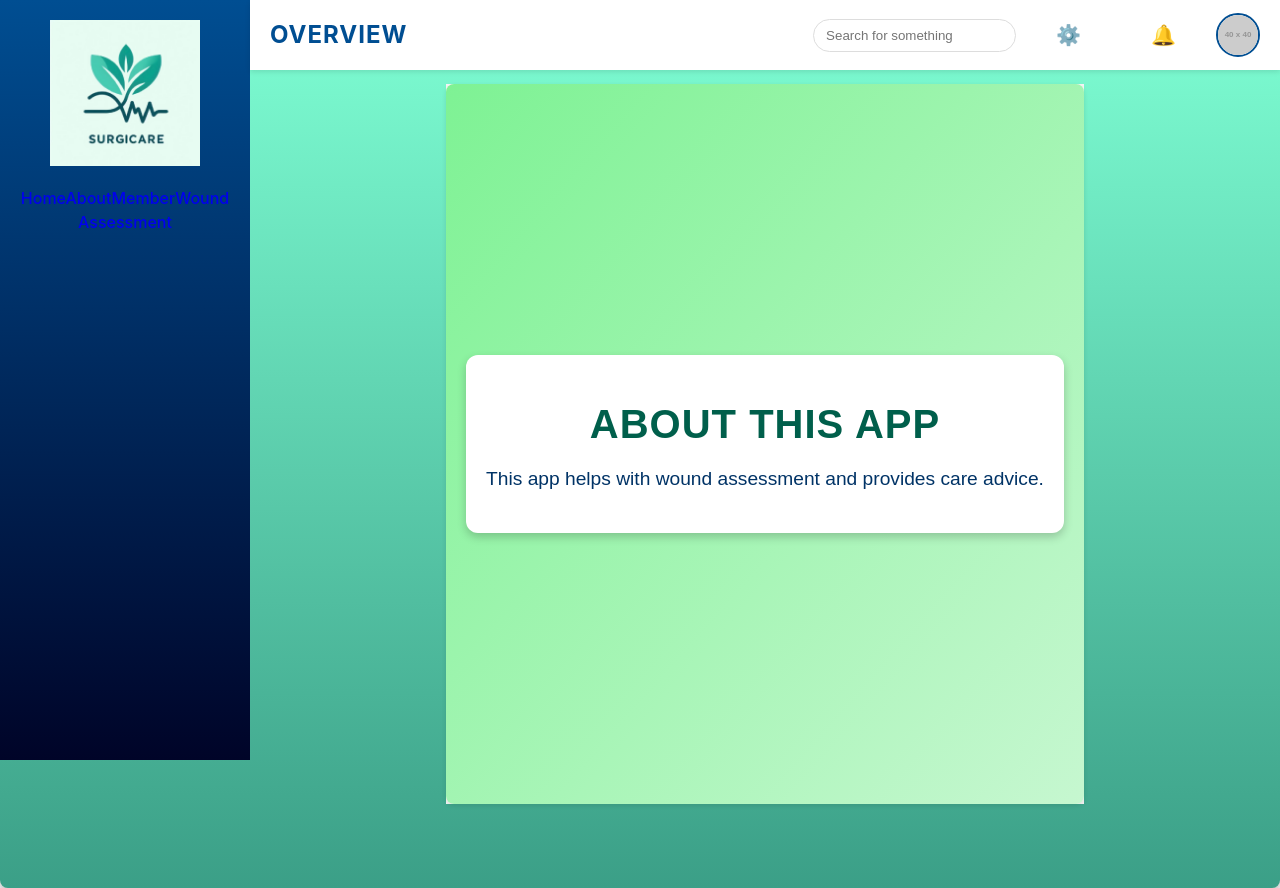
Repository: Jinwoo290350/Surgicare-Vue
Page: /about (app in surgicare/)
An editor plug-in stored every save of this project. The page is shown before and after the next save, followed by the edit.
The browser window is 1280 px wide. The pictures show the whole page.
The project was rebuilt for these pictures with package versions that can differ from the ones it lists, and the page was loaded fresh each time. Also part of the build but not shown: surgicare/vite.config.js, surgicare/src/views/Home.vue, surgicare/src/views/Member.vue, surgicare/src/components/WoundAssessment.vue.

Above is the page before, as saved 2024-12-30 15:22:56.
Console error: TypeError: Cannot read properties of null (reading 'getContext')

### surgicare/index.html
<!doctype html>
<html lang="en">
  <head>
    <meta charset="UTF-8" />
    <link rel="icon" type="image/svg+xml" href="/vite.svg" />
    <meta name="viewport" content="width=device-width, initial-scale=1.0" />
    <title>Vite + Vue</title>
  </head>
  <body>
    <div id="app"></div>
    <script type="module" src="/src/main.js"></script>
  </script>
  <link href="https://fonts.googleapis.com/css2?family=Roboto:wght@400;500;700&display=swap" rel="stylesheet">

  <script type="text/javascript" src="./src/star.js"></script>
  </body>
</html>

### surgicare/src/main.js
import { createApp } from 'vue'
import './style.css'
import App from './App.vue'
import router from "./router";

createApp(App).use(router).mount("#app");

### surgicare/src/style.css
:root {
  font-family: Inter, system-ui, Avenir, Helvetica, Arial, sans-serif;
  line-height: 1.5;
  font-weight: 400;
  color-scheme: light dark;
  color: rgba(255, 255, 255, 0.87);
  background-color: #242424;
  font-synthesis: none;
  text-rendering: optimizeLegibility;
  -webkit-font-smoothing: antialiased;
  -moz-osx-font-smoothing: grayscale;
}

a {
  font-weight: 500;
  text-decoration: none;
  transition: color 0.3s ease-in-out;
}
a:hover {
  color: #535bf2; /* Blue hover effect */
}

body {
  margin: 0;
  display: flex;
  flex-direction: column;
  align-items: center;
  justify-content: center;
  min-width: 320px;
  min-height: 100vh;
  padding: 20px;
  background-color: #1f2d29;
  background-image: linear-gradient(to top, #3b9f87, #7fffd4);
  background-repeat: no-repeat;
  border-radius: 8px;
  box-shadow: 0 6px 12px rgba(0, 0, 0, 0.3);
}

h1 {
  font-size: 3em;
  line-height: 1.1;
  color: #fff;
  text-transform: uppercase;
  letter-spacing: 1px;
  margin-bottom: 0.5em;
  transition: transform 0.3s ease-in-out;
}
h1:hover {
  transform: scale(1.05); /* Slight hover effect */
}

button {
  border-radius: 8px;
  border: 1px solid transparent;
  padding: 0.8em 1.5em;
  font-size: 1em;
  font-weight: 500;
  background-color: #333;
  color: #fff;
  cursor: pointer;
  transition: all 0.3s ease;
}
button:hover {
  border-color: #646cff;
  background-color: #444;
  transform: translateY(-2px); /* Lift on hover */
}
button:focus,
button:focus-visible {
  outline: 4px auto -webkit-focus-ring-color;
}

.card {
  padding: 2em;
  background-color: #2a2a2a;
  border-radius: 12px;
  box-shadow: 0 4px 10px rgba(0, 0, 0, 0.4);
  transition: transform 0.3s ease;
}
.card:hover {
  transform: translateY(-5px); /* Lift on hover */
}

#app {
  max-width: 1280px;
  margin: 0 auto;
  padding: 2rem;
  text-align: center;
}

/* Media Queries for Responsiveness */
@media (max-width: 768px) {
  body {
    padding: 15px;
  }

  h1 {
    font-size: 2.4em; /* Smaller title for mobile screens */
  }

  button {
    padding: 0.6em 1.2em;
    font-size: 1em;
  }

  .card {
    padding: 1.5em;
  }

  #app {
    padding: 1.5rem;
  }
}

@media (max-width: 480px) {
  h1 {
    font-size: 2em; /* Further reduce title size */
  }

  button {
    padding: 0.5em 1em;
    font-size: 0.9em;
  }

  .card {
    padding: 1em;
  }
}

/* Light Mode Styles */
@media (prefers-color-scheme: light) {
  :root {
    color: #213547;
    background-color: #ffffff;
  }
  a:hover {
    color: #747bff;
  }
  button {
    background-color: #f9f9f9;
    color: #333;
  }
  .card {
    background-color: #f5f5f5;
    box-shadow: 0 2px 6px rgba(0, 0, 0, 0.1);
  }
}

### surgicare/src/App.vue
<template>
  <div id="app" class="app-container">
    <aside class="sidebar">
      <img src="/Users/frank/Vscode/Vue/surgicare/public/Icon_surgicare.png" alt="Logo" class="logo" />
      <nav class="menu">
        <router-link to="/">Home</router-link>
        <router-link to="/about">About</router-link>
        <router-link to="/member">Member</router-link>
        <router-link to="/wound-assessment">Wound Assessment</router-link>
      </nav>
    </aside>

    <header class="header">
      <h1>Overview</h1>
      <div class="header-tools">
        <input type="text" placeholder="Search for something" class="search-box" />
        <button class="settings-btn">⚙️</button>
        <button class="notifications-btn">🔔</button>
        <img src="https://via.placeholder.com/40" alt="Profile" class="profile-pic" />
      </div>
    </header>
    <main class="main-content">
      <router-view class="router-view" />
    </main>
  </div>
</template>

<script>
export default {
  name: "DashboardPage",
};
</script>
<style scoped>
/* General Styles */
body {
  margin: 0;
  font-family: 'Poppins', Arial, sans-serif;
}

/* Sidebar Styling */
.sidebar {
  position: fixed;
  top: 0;
  left: 0;
  width: 250px;
  height: 100%;
  background: linear-gradient(to bottom, #004e92, #000428);
  color: white;
  padding: 20px 0;
  display: flex;
  flex-direction: column;
  align-items: center;
  z-index: 1000;
}

.logo {
  width: 100%;
  max-width: 150px;
  margin-bottom: 20px;
}

.menu {
  width: 100%;
}

.menu-item {
  display: flex;
  align-items: center;
  text-decoration: none;
  color: white;
  font-size: 16px;
  padding: 10px 20px;
  margin-bottom: 10px;
  border-radius: 8px;
  transition: background 0.3s, transform 0.3s;
}

.menu-item i {
  margin-right: 10px;
}

.menu-item:hover {
  background: rgba(255, 255, 255, 0.2);
  transform: scale(1.05);
}

/* Header Styling */
.header {
  position: fixed;
  top: 0;
  left: 250px; /* Offset for the sidebar */
  right: 0;
  height: 70px;
  background: white;
  display: flex;
  justify-content: space-between;
  align-items: center;
  padding: 0 20px;
  box-shadow: 0 2px 5px rgba(0, 0, 0, 0.1);
  z-index: 1000;
}

.header h1 {
  font-size: 24px;
  color: #004e92;
  margin: 0;
}

.header-tools {
  display: flex;
  align-items: center;
}

.search-box {
  padding: 8px 12px;
  border: 1px solid #ddd;
  border-radius: 25px;
  margin-right: 10px;
  outline: none;
  transition: box-shadow 0.3s;
}

.search-box:focus {
  box-shadow: 0 0 10px rgba(0, 78, 146, 0.5);
}

.settings-btn,
.notifications-btn {
  background: none;
  border: none;
  font-size: 20px;
  color: #555;
  margin-right: 10px;
  cursor: pointer;
}

.profile-pic {
  width: 40px;
  height: 40px;
  border-radius: 50%;
  border: 2px solid #004e92;
}

/* Main Content Styling */
.main-content {
  margin-left: 250px; /* Sidebar offset */
  background: #f5f5f5;
}

.router-view {
  background: white;
  padding: 20px;
  border-radius: 8px;
  box-shadow: 0 2px 5px rgba(0, 0, 0, 0.1);
}
</style>

### surgicare/src/router/index.js
import { createRouter, createWebHistory } from "vue-router";

// Importing views and components
import Home from "../views/Home.vue";
import About from "../views/About.vue";
import Member from "../views/Member.vue";
import WoundAssessment from "../components/WoundAssessment.vue";

// Define the route configurations
const routes = [
  {
    path: "/",
    name: "Home",
    component: Home,
    meta: {
      title: "Home -  Surgicare",
    },
  },
  {
    path: "/about",
    name: "About",
    component: About,
    meta: {
      title: "About - Surgicare",
    },
  },
  {
    path: "/member",
    name: "Member",
    component: Member,
    meta: {
      title: "Member - Surgicare",
    },
  },
  {
    path: "/wound-assessment",
    name: "WoundAssessment",
    component: WoundAssessment,
    meta: {
      title: "Wound Assessment - Surgicare",
    },
  },
];

// Create the router instance
const router = createRouter({
  history: createWebHistory(),
  routes,
  scrollBehavior(to, from, savedPosition) {
    // Scroll to top on route change, unless saved position exists
    if (savedPosition) {
      return savedPosition;
    } else {
      return { top: 0 };
    }
  },
});

// Global navigation guard for dynamic document titles
router.beforeEach((to, from, next) => {
  document.title = to.meta.title || "Default App Title";
  next();
});

export default router;

### surgicare/src/views/About.vue
<template>
  <div class="about">
    <div class="content">
      <h1 class="title">About This App</h1>
      <p class="description">This app helps with wound assessment and provides care advice.</p>
    </div>
  </div>
</template>

<script>
export default {
  name: "About",
};
</script>

<style scoped>
.about {
  display: flex;
  justify-content: center;
  align-items: center;
  height: 100vh; /* Full height for viewport */
  background: linear-gradient(to bottom right, #7ef294, #c6f7d0); /* Subtle gradient */
  font-family: 'Arial', sans-serif;
  text-align: center;
  box-sizing: border-box;
  padding: 20px;
}

.content {
  max-width: 600px; /* Limit content width for better readability */
  padding: 20px;
  background: #ffffff;
  border-radius: 12px; /* Rounded corners */
  box-shadow: 0 4px 10px rgba(0, 0, 0, 0.2); /* Subtle shadow */
}

.title {
  font-size: 2.5rem;
  font-weight: bold;
  color: #005f4b;
  margin-bottom: 15px;
}

.description {
  font-size: 1.2rem;
  color: #003366;
  font-weight: 300;
}
</style>

### surgicare/src/star.js
const canvas = document.querySelector('canvas')
const c = canvas.getContext('2d')

canvas.width = innerWidth
canvas.height = innerHeight

window.addEventListener("resize", function() {
    canvas.width = window.innerWidth;
    canvas.height = window.innerHeight;
    init()
})
function Star(x, y, radius, color) {
    this.x = x
    this.y = y
    this.radius = radius
    this.color = color
    this.velocity = {
        x: (Math.random() - 0.5) * 8,
        y: 3
    }
    this.friction = 0.8
    this.gravity = 1
}

Star.prototype.draw = function() {
    c.save()
    c.beginPath()
    c.arc(this.x, this.y, this.radius, 0, Math.PI * 2, false)
    c.fillStyle = this.color
    c.shadowColor = '#E3EAEF'
    c.shadowBlur = 20
    c.fill()
    c.closePath()
    c.restore()
}

Star.prototype.update = function() {
    this.draw()

    //When ball hits bottom of screen
    if(this.y + this.radius + this.velocity.y > canvas.height - groundHeight){
        this.velocity.y = -this.velocity.y * this.friction
        this.shatter()
    }
    else{
        this.velocity.y += this.gravity
    }

    //Hits side of screen
    if(this.x + this.radius + this.velocity.x > canvas.width || this.x - this.radius <= 0){
        this.velocity.x = -this.velocity.x * this.friction
        this.shatter()
    }

    this.x += this.velocity.x
    this.y += this.velocity.y

}

Star.prototype.shatter = function(){
    this.radius -= 3
    for(let i = 0; i < 8; i++){
        miniStars.push(new MiniStar(this.x, this.y, 2))
    }

}

function MiniStar(x, y, radius, color){
    Star.call(this, x, y, radius, color)
    this.velocity = {
        x: (Math.random() - 0.5) * 10,
        y: (Math.random() - 0.5) * 30
    }
    this.friction = 0.8
    this.gravity = 0.1
    this.ttl = 100
    this.opacity = 1
}

MiniStar.prototype.draw = function() {
    c.save()
    c.beginPath()
    c.arc(this.x, this.y, this.radius, 0, Math.PI * 2, false)
    c.fillStyle = `rgba(227,234, 239, ${this.opacity})`
    c.shadowColor = '#E3EAEF'
    c.shadowBlur = 20
    c.fill()
    c.closePath()
    c.restore()
}

MiniStar.prototype.update = function() {
    this.draw()

    if(this.y + this.radius + this.velocity.y > canvas.height - groundHeight){
        this.velocity.y = -this.velocity.y * this.friction
    }
    else{
        this.velocity.y += this.gravity
    }

    this.x += this.velocity.x
    this.y += this.velocity.y
    this.ttl -= 1
    this.opacity -= 0.0001 * this.ttl
}

function creatMountainRange(mountainAmount, height, color){
    for(let i = 0; i < mountainAmount; i++){
        const mountainWidth = canvas.width / mountainAmount
        c.beginPath()
        c.moveTo(i * mountainWidth, canvas.height)
        c.lineTo(i * mountainWidth + mountainWidth + 0.2*canvas.height, canvas.height)
        c.lineTo(i * mountainWidth + mountainWidth / 2, canvas.height - height)
        c.lineTo(i * mountainWidth - 0.2*canvas.height, canvas.height)
        c.fillStyle = color
        c.fill()
        c.closePath()
    }
}

// Implementation
const backgroundGradient = c.createLinearGradient(0, 0, canvas.width, canvas.height)
backgroundGradient.addColorStop(0, '#171e26')
backgroundGradient.addColorStop(1, '#3f586b')

let stars
let miniStars
let backgroundStars
let ticker = 0
let randomSpawnRate = 75
const groundHeight = 0.09 * canvas.height
let inf = 1e9
function init() {
    stars = []
    miniStars = []
    backgroundStars = []

    for(let i = 0; i < 200; i++){
        const x = Math.random() * canvas.width
        const y = Math.random() * canvas.height
        const radius = Math.random() * 3
        backgroundStars.push(new Star(x, y, radius, 'white'))
    }
}

// Animation Loop
function animate() {
    c.clearRect(0, 0, 0, canvas.height)
    c.fillStyle = backgroundGradient
    c.fillRect(0, 0, canvas.width, canvas.height)

    backgroundStars.forEach(backgroundStar => {
        backgroundStar.draw()
    })

    if(flag) creatMountainRange(1, canvas.height * 0.7, '#384551')
    if(flag) creatMountainRange(2, canvas.height * 0.6, '#2B3843')
    if(flag) creatMountainRange(3, canvas.height * 0.4, '#26333E')
    c.fillStyle = '#182028'
    c.fillRect(0, canvas.height - groundHeight, canvas.width, groundHeight)
    stars.forEach((star, index) => {
        star.update();
        if(star.radius == 0){
            stars.splice(index, 1)
        }
    });

    miniStars.forEach((miniStar, index) => {
        miniStar.update();
        if(miniStar.ttl == 0){
            miniStars.splice(index, 1)
        }
    });

    ticker++
    if(ticker >= inf){
        ticker = 0
    }
    if(ticker % randomSpawnRate == 0){
        const radius = 9
        const x = Math.max(radius, Math.random() * canvas.width - radius)
        stars.push(new Star(x, -100, 9, '#E3EAEF'))
        randomSpawnRate = Math.floor(Math.random() * (200 - 125 + 1) + 125)
    }

    requestAnimationFrame(animate)
}

init()
animate()

After the next save:
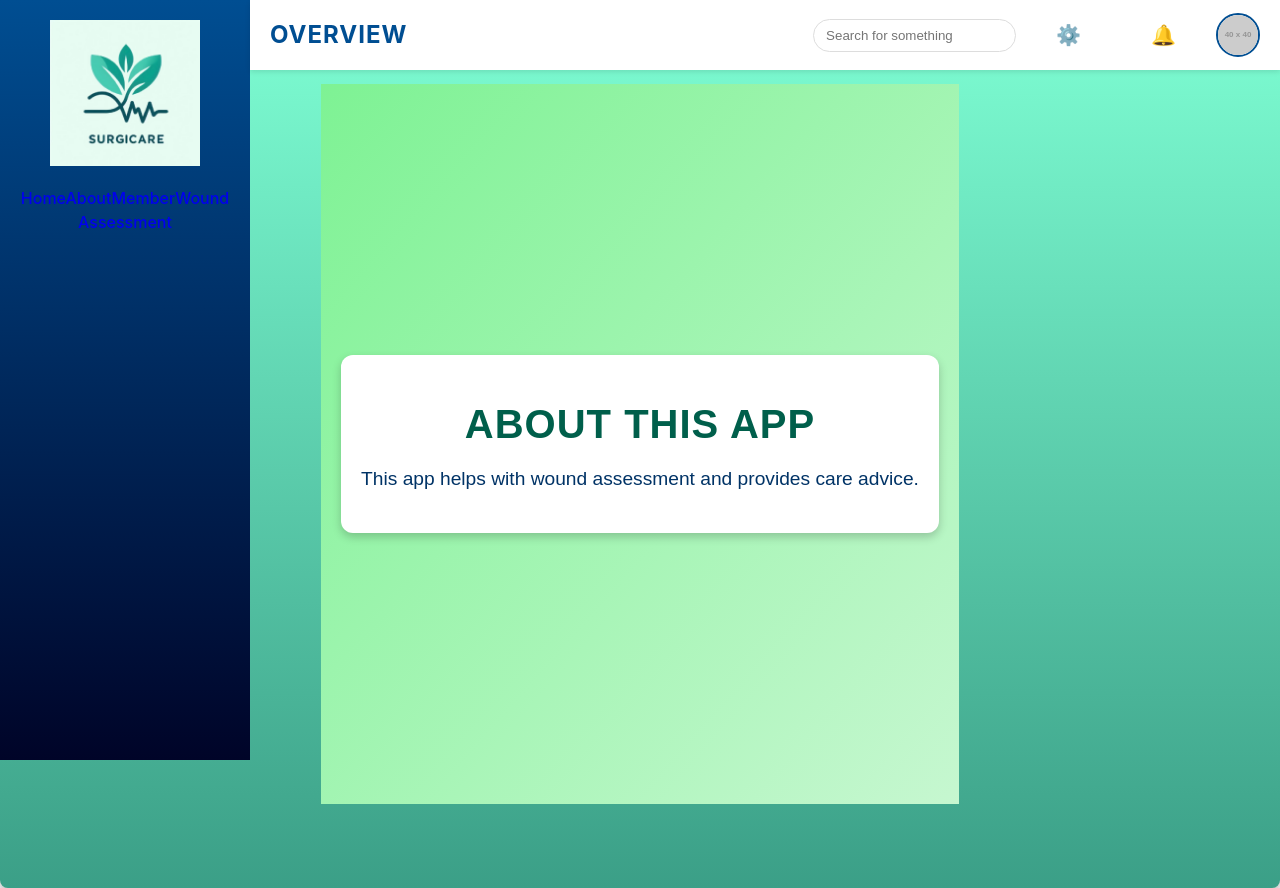
Saved 43 s later.
--- a/surgicare/src/App.vue
+++ b/surgicare/src/App.vue
@@ -141,16 +141,4 @@ body {
   border: 2px solid #004e92;
 }
 
-/* Main Content Styling */
-.main-content {
-  margin-left: 250px; /* Sidebar offset */
-  background: #f5f5f5;
-}
-
-.router-view {
-  background: white;
-  padding: 20px;
-  border-radius: 8px;
-  box-shadow: 0 2px 5px rgba(0, 0, 0, 0.1);
-}
 </style>
